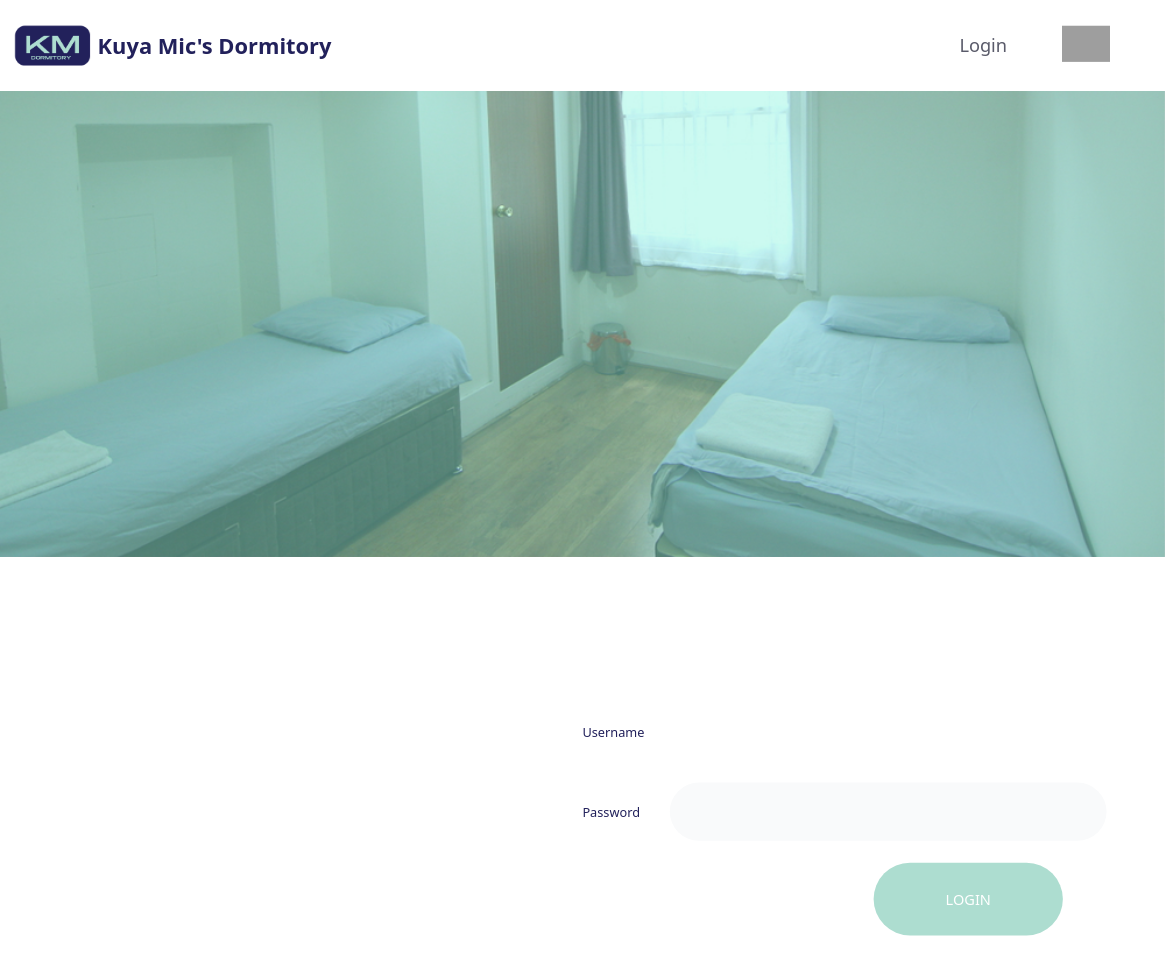
Repository: theamgri/Dormitory-Management-System
Page: login.html
An editor plug-in stored every save of this project. The page is shown before and after the next save, followed by the edit.
The browser window is 1280 px wide. The pictures show the whole page, at 91% of full size.
Pictures or frames that could not be fetched are drawn as grey boxes. Some web libraries are served in a nearby version.

Above is the page before, as saved 2022-12-06 08:52:26.

### login.html
<!DOCTYPE html>
<html lang="en">
<head>
    <script src="https://cdn.tailwindcss.com"></script>
    <meta charset="UTF-8">
    <meta http-equiv="X-UA-Compatible" content="IE=edge">
    <meta name="viewport" content="width=device-width, initial-scale=1.0">
    <link rel="icon" type="image/x-icon" href="/assets/logo.png">
    <title>Login</title>

    <nav class="bg-white border-gray-200 px-2 sm:px-4 py-1 rounded dark:bg-gray-100">
        <div class="container flex flex-wrap items-center justify-between mx-auto">
          <a href="https://flowbite.com/" class="flex sm:items-left">
              <img src="/assets/logo.png" class="h-11" alt="KM Logo" />
              <span class="self-center align-middle pl-2 text-2xl font-Montserrat font-bold whitespace-nowrap" style="color: #22215B">Kuya Mic's Dormitory </span>

          </a>

          <button data-collapse-toggle="navbar-default" type="button" class="inline-flex items-center p-2 ml-3 text-sm text-gray-500 rounded-lg md:hidden hover:bg-gray-100 focus:outline-none focus:ring-2 focus:ring-gray-200 dark:text-gray-400 dark:hover:bg-gray-700 dark:focus:ring-gray-600" aria-controls="navbar-default" aria-expanded="false">
          <svg class="w-6 h-6" aria-hidden="true" fill="currentColor" viewBox="0 0 20 20" xmlns="http://www.w3.org/2000/svg"><path fill-rule="evenodd" d="M3 5a1 1 0 011-1h12a1 1 0 110 2H4a1 1 0 01-1-1zM3 10a1 1 0 011-1h12a1 1 0 110 2H4a1 1 0 01-1-1zM3 15a1 1 0 011-1h12a1 1 0 110 2H4a1 1 0 01-1-1z" clip-rule="evenodd"></path></svg>
          </button>
          <div class="hidden w-full md:block md:w-auto" id="navbar-default">
            <ul class="flex flex-col p-4 mt-4 border border-gray-100 rounded-lg md:flex-row md:space-x-8 md:mt-0 md:text-sm md:font-medium md:border-0">
              <li>
                <a href="#" class="block bg-blue-700 font-Montserrat rounded text-xl md:bg-transparent md:text-blue-700 md:p-4" aria-current="page" style="color: #5A5B6A">Login</a>
              </li>
              <li>
                <a href="#" class="block py-2 pl-3 pr-4" aria-current="page"><img src="https://icones.pro/wp-content/uploads/2021/02/icone-utilisateur-gris.png" class="h-1 mr-3 sm:h-10" alt="KM Logo" /></a>
              </li>
            </ul>
          </div>

        </div>
      </nav>

</head>
<body>
    <div class=" w-full bg-cover bg-bottom" style="height:32rem; background-image: url(/assets/dorm.png);">

        <div class="flex items-center justify-center h-full w-full bg-teal-200 bg-opacity-50">

        </div>
    </div>

        <div class="items-center space-y-4 md:space-y-6 sm:p-8 sm:px-3" style="padding-top: 10rem; padding-left: 20rem">

                <div>
                    <label for="email" class="inline-block text-4xl text-sm font-medium text-gray-900" style="color: #22215B; padding-left: 20rem;">Username</label>
                    <input type="email" name="email" id="email" style="height: 4rem; width:30rem;" class="ml-6 inline-block bg-gray-10 text-gray-900 sm:text-sm rounded-full focus:ring-primary-600 focus:border-primary-600 block p-3.5 dark:bg-gray-100 dark:placeholder-gray-400  " required="">
                </div>
                <div>
                    <label for="password" class="inline-block text-4xl text-sm font-medium text-gray-900" style="color: #22215B; padding-left: 20rem;">Password</label>
                    <input type="password" name="password" id="password" style="height: 4rem; width:30rem;" class="ml-7 inline-block bg-gray-50  sm:text-sm rounded-full focus:ring-primary-600 focus:border-primary-600 block p-3.5 dark:bg-gray-100 dark:placeholder-gray-400 " required="">


                  </div>



                  <button onclick="location.href='home.html'" type="submit" class="text-white bg-primary-600 hover:bg-primary-700 focus:ring-4 focus:outline-none focus:ring-primary-300 font-medium rounded-full text-md px-10 py-2.5 sm:text-center " style="margin-left: 40rem; background-color:#ADDDD0; height: 5rem; width: 13rem;">LOGIN</button>


        </div>

</body>
</html>

After the next save:
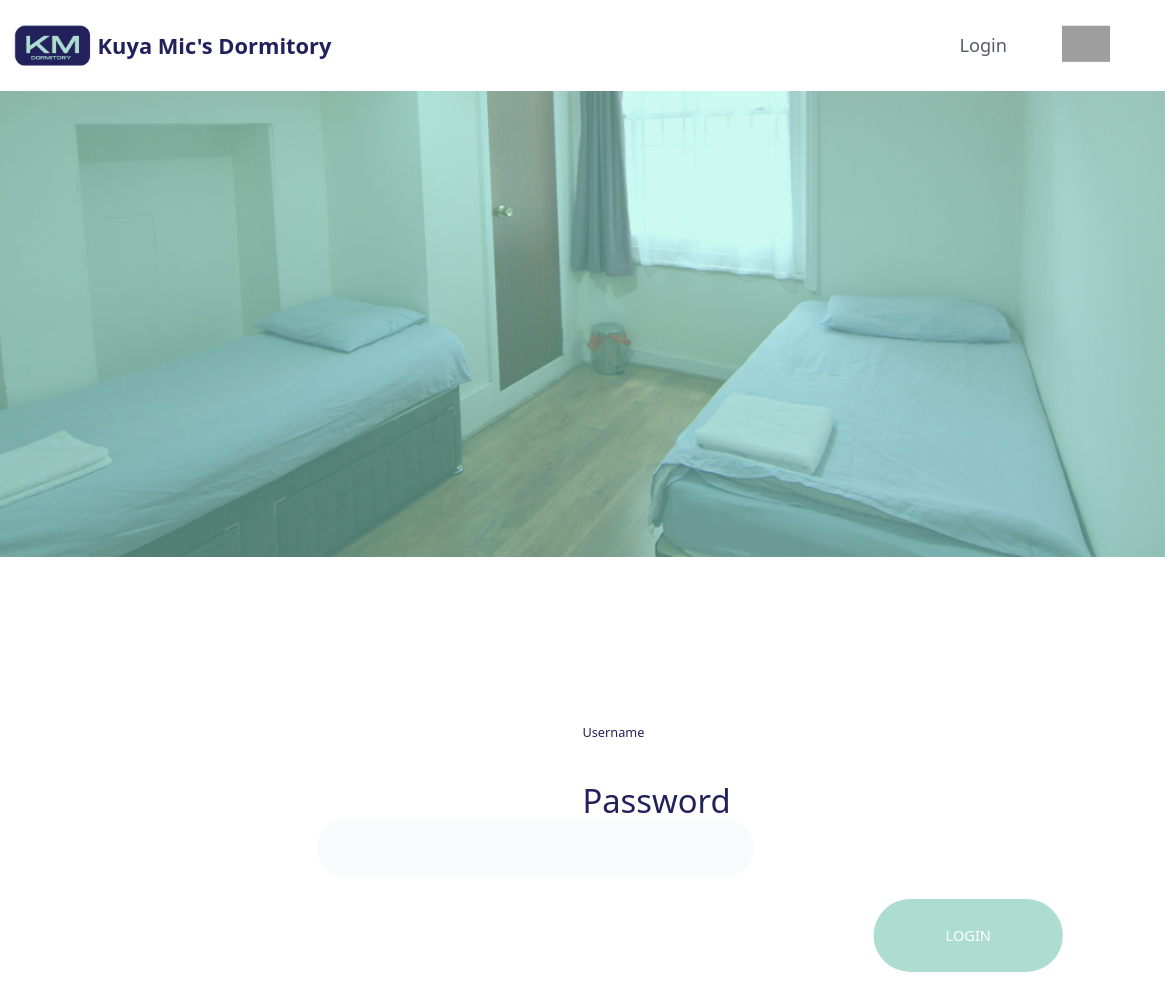
Saved 7 s later.
--- a/login.html
+++ b/login.html
@@ -49,7 +49,7 @@
                     <input type="email" name="email" id="email" style="height: 4rem; width:30rem;" class="ml-6 inline-block bg-gray-10 text-gray-900 sm:text-sm rounded-full focus:ring-primary-600 focus:border-primary-600 block p-3.5 dark:bg-gray-100 dark:placeholder-gray-400  " required="">
                 </div>
                 <div>
-                    <label for="password" class="inline-block text-4xl text-sm font-medium text-gray-900" style="color: #22215B; padding-left: 20rem;">Password</label>
+                    <label for="password" class="inline-block sm:text-4xl text-sm font-medium text-gray-900" style="color: #22215B; padding-left: 20rem;">Password</label>
                     <input type="password" name="password" id="password" style="height: 4rem; width:30rem;" class="ml-7 inline-block bg-gray-50  sm:text-sm rounded-full focus:ring-primary-600 focus:border-primary-600 block p-3.5 dark:bg-gray-100 dark:placeholder-gray-400 " required="">
 
 
